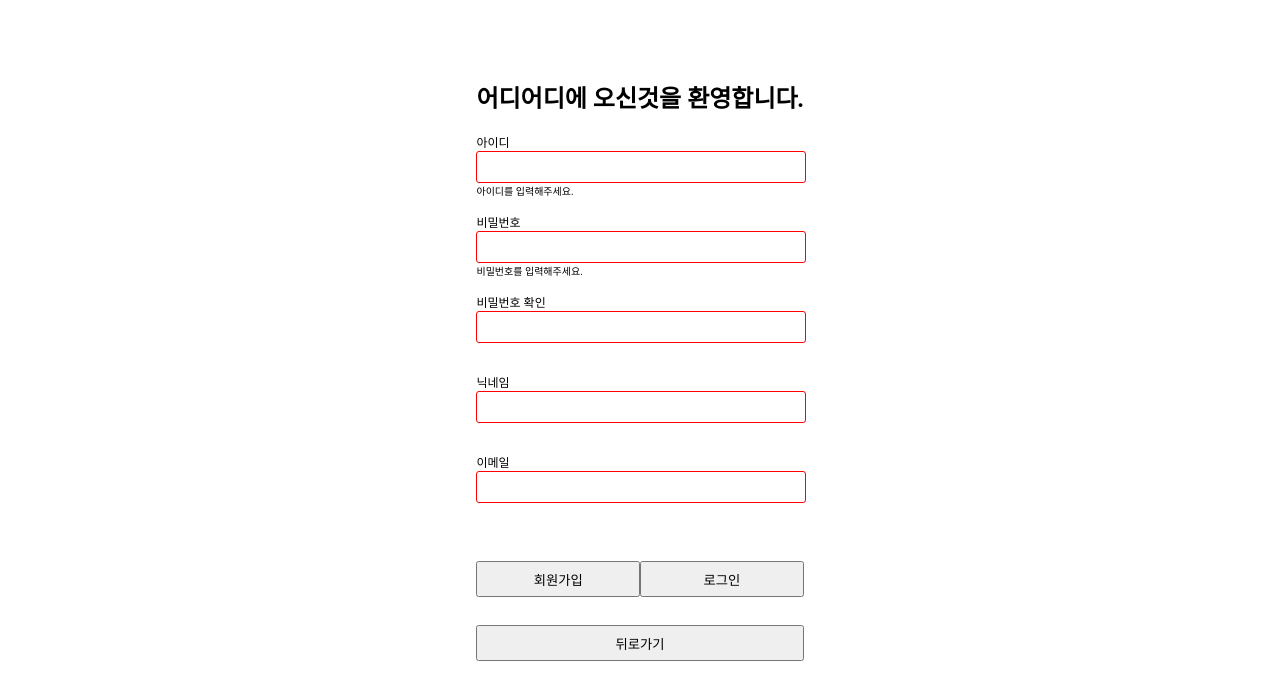
Repository: zzangyu/koreanFoodsProject
Page: http://localhost/koreanFoodsProject/koreanFoods/signUp.jsp
An editor plug-in stored every save of this project. The page is shown before and after the next save, followed by the edit.
The browser window is 1280 px wide. The pictures show the whole page.
The page is served by Tomcat 9. Other server files are loaded and not shown.

Above is the page before, as saved 2022-12-29 07:27:18.

### koreanFoodsProject/src/main/webapp/koreanFoods/signUp.jsp
<%@ page language="java" contentType="text/html; charset=UTF-8"
    pageEncoding="UTF-8"%>
<!DOCTYPE html>
<html>
<head>
<meta charset="UTF-8">
<link type="text/css" rel="stylesheet" href="css/kFoods.css">
<title>Sign Up</title>
</head>
<body>
	<form action="" id="signUp">
		<div id="signUp_Wrap">
			<h2>어디어디에 오신것을 환영합니다.</h2>
			<div>
				<label class="signUp_textSize">아이디</label>
				<div>
					<input type="text" name="kf_id" class="signUp_input">
					<div class="signUp_check_textSize" id="signUp_idCheck">아이디를 입력해주세요.</div>
				</div>
			</div>
			<div>
				<label class="signUp_textSize">비밀번호</label>
				<div>
					<input type="password" name="kf_password" class="signUp_input">
					<div class="signUp_check_textSize" id="signUp_idCheck">비밀번호를 입력해주세요.</div>
				</div>
			</div>
			<div>
				<label class="signUp_textSize">비밀번호 확인</label>
				<div>
					<input type="password" name="kf_passwordCheck" class="signUp_input">
					<div class="signUp_check_textSize" id="signUp_idCheck"></div>
				</div>
			</div>
			<div>
				<label class="signUp_textSize">닉네임</label>
				<div>
					<input type="text" name="kf_nickname" class="signUp_input">
					<div class="signUp_check_textSize" id="signUp_nickCheck"></div>
				</div>
			</div>
			<div>
				<label class="signUp_textSize">이메일</label>
				<div>
					<input type="text" name="kf_email" class="signUp_input">
					<div class="signUp_check_textSize" id="signUp_emailCheck"></div>
				</div>
			</div>
			<button class="signUp_button1">회원가입</button><button class="signUp_button1">로그인</button>
			<button class="signUp_button2">뒤로가기</button>
		</div>
	</form>
</body>
</html>

### koreanFoodsProject/src/main/webapp/koreanFoods/css/kFoods.css
@charset "UTF-8";
html, body {
	margin: 0;
	padding: 0;
	width: 100%;
	height: 100%;
}
a {
	text-decoration: none;
}
#loginButton {
	background-color: yellow;
}
#loginButton a {
	color: red;
}
#signUp {
	width: 100%;
	height: 100%;
	display: flex;
	justify-content: center;
	align-items: center;
}
.signUp_textSize {
	font-size: 12px;
}
.signUp_check_textSize {
	font-size: 10px;
}
#signUp_Wrap h2 {
	text-align: center;
}
#signUp_Wrap > div {
	width: 100%;
	height: 80px;
}
.signUp_input {
	margin: 0;
    padding: 0;
    width: 100%;
    height: 30px;
    border: 1px solid red;
    border-radius: 3px;
}
.signUp_button1 {
	width: 50%;
	height: 36px;
	margin-top: 28px;
}
.signUp_button2 {
	width: 100%;
	height: 36px;
	margin-top: 28px;
}

After the next save:
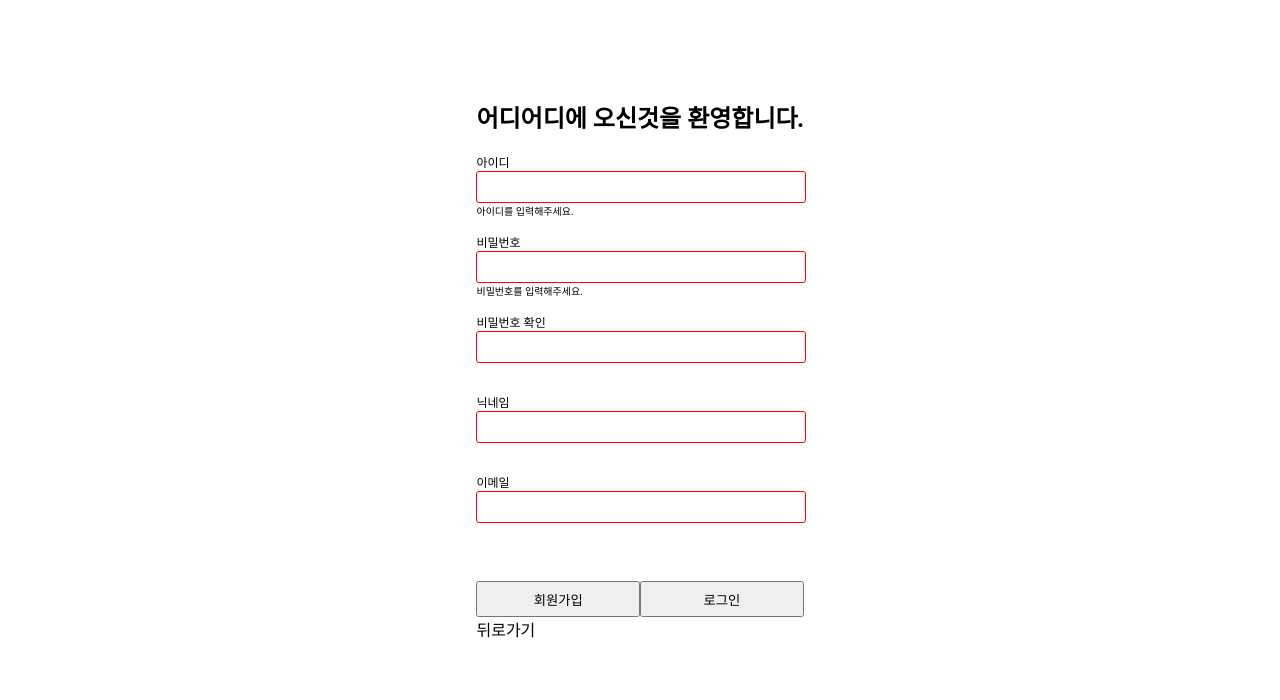
Saved 46 s later.
--- a/koreanFoodsProject/src/main/webapp/koreanFoods/signUp.jsp
+++ b/koreanFoodsProject/src/main/webapp/koreanFoods/signUp.jsp
@@ -47,7 +47,7 @@
 				</div>
 			</div>
 			<button class="signUp_button1">회원가입</button><button class="signUp_button1">로그인</button>
-			<button class="signUp_button2">뒤로가기</button>
+			<a class="signUp_button2">뒤로가기</a>
 		</div>
 	</form>
 </body>

After the save that followed:
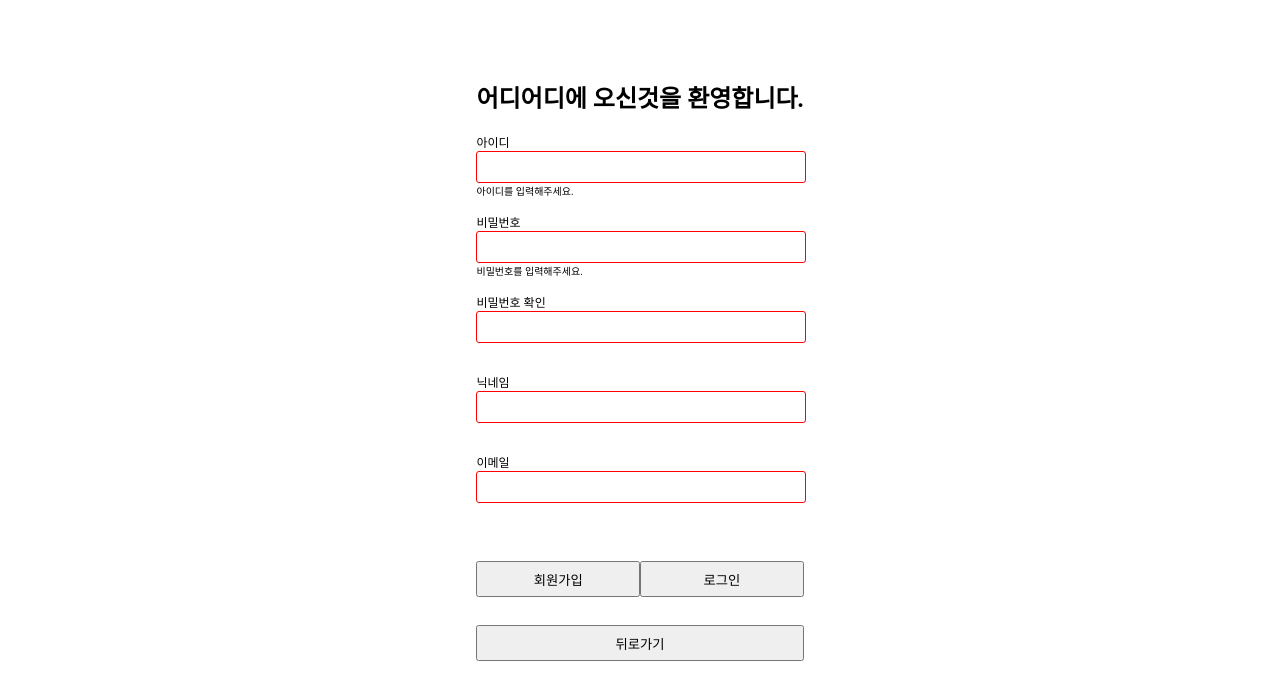
Saved 14 s later.
--- a/koreanFoodsProject/src/main/webapp/koreanFoods/signUp.jsp
+++ b/koreanFoodsProject/src/main/webapp/koreanFoods/signUp.jsp
@@ -47,7 +47,7 @@
 				</div>
 			</div>
 			<button class="signUp_button1">회원가입</button><button class="signUp_button1">로그인</button>
-			<a class="signUp_button2">뒤로가기</a>
+			<button class="signUp_button2">뒤로가기</button>
 		</div>
 	</form>
 </body>
